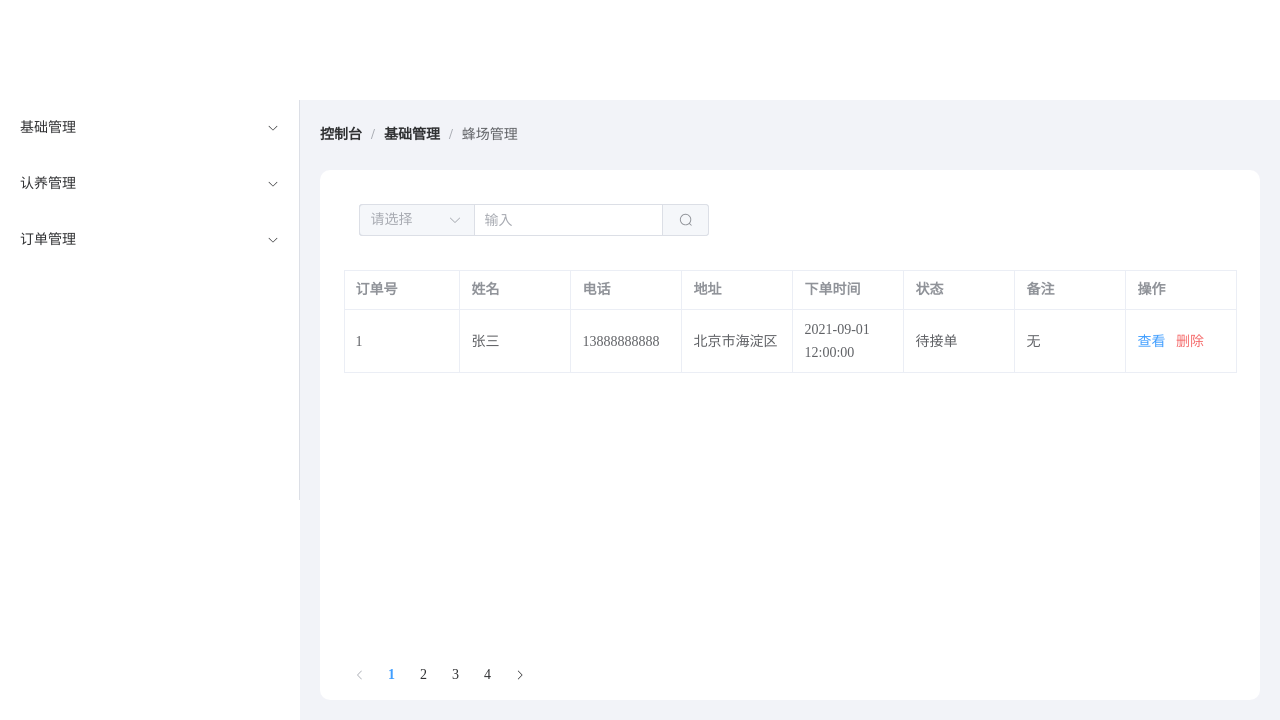
Repository: secret47/test-office-demo
Page: /dashboard/order/list
These files come from the project's save history. The page is drawn as it stood at one moment and after the next save; the edit follows.
The browser window is 1280 px wide. The pictures show the whole page.
The project was rebuilt for these pictures with package versions that can differ from the ones it lists, and the page was loaded fresh each time. Also part of the build but not shown: vite.config.js.

Above is the page before, as saved 2024-10-30 13:38:10.

### src/main.js
import { createApp } from 'vue'
import '@/style/main.scss'
import App from './App.vue'
import router from './router'

import lang from "./local"


import ElementPlus from "element-plus";
import 'element-plus/dist/index.css'
import * as ElementPlusIconsVue from '@element-plus/icons-vue'

const app = createApp(App);

for (const [key, component] of Object.entries(ElementPlusIconsVue)) {
    app.component(key, component)
}

app.use(lang)
app.use(ElementPlus)
app.use(router)
app.mount('#app')

### src/style/main.scss
* {
    padding: 0;
    margin: 0;
}

html,
body {
    width: 100%;
    height: 100%;
    background: #ffffff;
}

#app {
    width: 100%;
    height: 100%;
}

.main-container {
    width: 100%;
    height: 100%;
}

//顶部搜索
.searchBox {
    width: calc(95% - 30px);
    height: 70px;
    margin: 0 auto;
    padding: 15px;
    display: flex;
    flex-direction: column;
    justify-content: center;

    .new {
        width: 130px;
    }
    .item{
        width:350px;
    }
}

.list {
    width: 95%;
    height: calc(100% - 100px);
    margin: 0 auto;

    .tables {
        width: 100%;
        height: calc(100% - 50px);
    }

    .pages {
        width: 100%;
        height: 50px;
        display: flex;
        flex-direction: column;
        justify-content: center;

    }
}

### src/App.vue
<template>
  <!-- <div> -->
    <router-view />
  <!-- </div> -->
</template>

### src/router/index.js
import { createRouter, createWebHistory } from 'vue-router'
import layouts from "../layouts/index.vue"

const routes = [
    {
        path: '/',
        name: 'Login',
        component: () => import('@/views/login.vue'),
    },
    // 其他路由...
    {
        path: "/dashboard",
        name: "Dashboard",
        component: layouts,
        meta: {
            title: "控制中心"
        },
        children: [
            {
                path: "basic",
                name: "Basic",
                meta: {
                    title: "基础管理"
                },
                component: () => import("@/views/dashboard/basic/index.vue"),
                children: [
                    {
                        path: "farm",
                        name: "farm",
                        meta: {
                            title: "蜂场管理"
                        },
                        component: () => import("@/views/dashboard/basic/farm/index.vue"),
                    }
                ]

            },
            {
                path: "adopt",
                name: "Adopt",
                meta: {
                    title: "认养管理"
                },
                component: () => import("@/views/dashboard/adopt/index.vue"),
                children: [
                    {
                        path: "price",
                        name: "Price",
                        meta: {
                            title: "价格管理"
                        },
                        component: () => import("@/views/dashboard/adopt/price/index.vue"),
                    }
                ]
            },
            {
                path:"order",
                name: "Order",
                meta:{
                    title: "订单管理"
                },
                component: () => import("@/views/dashboard/order/index.vue"),
                children:[
                    {
                        path: "list",
                        name: "OrderList",
                        meta: {
                            title: "订单列表"
                        },
                        component: () => import("@/views/dashboard/order/list/index.vue"),
                    }
                ]
            },
            {
                path: "user",
                name: "User",
                meta: {
                    title: "用户管理"
                },
                component: () => import("@/views/dashboard/user/index.vue"),
            },

        ]
    }
]

const router = createRouter({
    history: createWebHistory(),
    routes
})

export default router

### src/local/index.js
import { createI18n } from "vue-i18n";

import message from "./language"
const i18n = createI18n({
    locale: "zh",
    fallbackLocale: "zh",
    messages: message
})

export default i18n;

### src/layouts/index.vue
<template>
    <div class="layout">
        <el-container>
            <el-aside width="300px" class="side">
                <div class="logo"></div>
                <MenuComponent />
            </el-aside>
            <el-container class="container">
                <el-header>
                    <el-icon @click="toggleCollapse" class="toggle-icon">
                        <i class="toggle-icon-class"></i>
                    </el-icon>
                </el-header>
                <el-main>
                    <div class="bread">
                        <el-breadcrumb separator="/">
                            <el-breadcrumb-item :to="{ path: '/' }">控制台</el-breadcrumb-item>
                            <el-breadcrumb-item><a href="/">基础管理</a></el-breadcrumb-item>
                            <el-breadcrumb-item>蜂场管理</el-breadcrumb-item>
                        </el-breadcrumb>
                    </div>
                    <div class="main">
                        <router-view></router-view>
                    </div>
                </el-main>
            </el-container>
        </el-container>
    </div>
</template>

<script setup>
import MenuComponent from "./components/menu.vue"
import { ref } from 'vue';
const isCollapse = ref(false);
const toggleCollapse = () => {
    isCollapse.value = !isCollapse.value;
};
</script>

<style lang="scss" scoped>
.layout {
    width: 100%;
    height: 100%;

    .el-container {
        width: 100%;
        height: 100%;
    }

    .side {
        height: 100%;

        .logo {
            width: 100%;
            height: 100px;
        }
    }

    .container {
        width: calc(100% - 300px);
        height: 100%;

        .el-header {
            width: 100%;
            height: 100px;
            background: #ffffff;
        }

        .el-main {
            background: #F2F3F8;
            padding-top: 0;
            .bread {
                width: 100%;
                height: 70px;
                display: flex;
                flex-direction: column;
                justify-content: center;
            }

            .main {
                width: 100%;
                height: calc(100% - 70px);
                background: #ffffff;
                border-radius: 10px;
            }
        }
    }
}
</style>

### src/views/dashboard/order/list/index.vue
<template>
    <div class="main-container">
        <div class="searchBox">
            <div class="item">
                <el-input v-model="input3" placeholder="输入" class="input-with-select">
                    <template #prepend>
                        <el-select v-model="select" placeholder="请选择" style="width: 115px">
                            <el-option label="Restaurant" value="1" />
                            <el-option label="Order No." value="2" />
                            <el-option label="Tel" value="3" />
                        </el-select>
                    </template>
                    <template #append>
                        <el-button :icon="Search" />
                    </template>
                </el-input>
            </div>
        </div>
        <div class="list">
            <div class="tables">
                <el-table border :data="orderList">
                    <el-table-column prop="id" label="订单号" />
                    <el-table-column prop="name" label="姓名" />
                    <el-table-column prop="tel" label="电话" />
                    <el-table-column prop="address" label="地址" />
                    <el-table-column prop="time" label="下单时间" />
                    <el-table-column prop="status" label="状态" />
                    <el-table-column prop="remark" label="备注" />
                    <el-table-column label="操作">
                        <template #default="scope">
                            <el-link type="primary">查看</el-link>
                            &nbsp;
                            <el-link type="danger">删除</el-link>
                        </template>
                    </el-table-column>
                </el-table>
            </div>
            <div class="pages">
                <el-pagination layout="prev, pager, next" :total="40" />
            </div>
        </div>
    </div>
</template>
<script setup>
import { Search } from '@element-plus/icons-vue'
import { ref, reactive } from "vue"

const orderList = reactive([
    {
        id: 1,
        name: '张三',
        tel: '13888888888',
        address: '北京市海淀区',
        time: '2021-09-01 12:00:00',
        status: '待接单',
        remark: '无'
    }
])
const input3 = ref('')
const select = ref('')
</script>

### src/local/language/index.js
import zh from "./zh"
import en from "./en"

export default {
    ...en,
    ...zh
}

### src/layouts/components/menu.vue
<template>
    <el-menu class="menu">
        <el-sub-menu index="1" :collapse="isCollapse">
            <template #title>基础管理</template>
            <el-menu-item index="1-1">蜂场管理</el-menu-item>
            <el-menu-item index="1-2">蜂箱管理</el-menu-item>
        </el-sub-menu>
        <el-sub-menu index="2">
            <template #title>认养管理</template>
            <el-menu-item index="2-1">认养设置</el-menu-item>
        </el-sub-menu>
        <el-sub-menu index="3">
            <template #title>订单管理</template>
            <el-menu-item index="2-1">订单列表</el-menu-item>
        </el-sub-menu>
    </el-menu>
</template>

<script setup>
import { ref } from 'vue';
const isCollapse = ref(false);
</script>

<style lang="scss" scoped>
.menu:not(.el-menu--collapse) {
    width: 300px;
    min-height: 400px;
}
</style>

### src/local/language/zh.js
export default{
    zh:{
        title:"后台管理系统",
        login:"登录",
        username:"用户名",
        password:"密码",
        remember:"记住密码",
        forget:"忘记密码",
        save:"保存",
        confirm:"确定",
        cancel:"取消",
        delete:"删除",
        show:"查看",
        open:"打开"
    }
}

### src/local/language/en.js
export default{
    en:{
        title:"system management"
    }
}

Loaded but not shown: index.html (common file); src/views/dashboard/order/index.vue (common file)

After the next save:
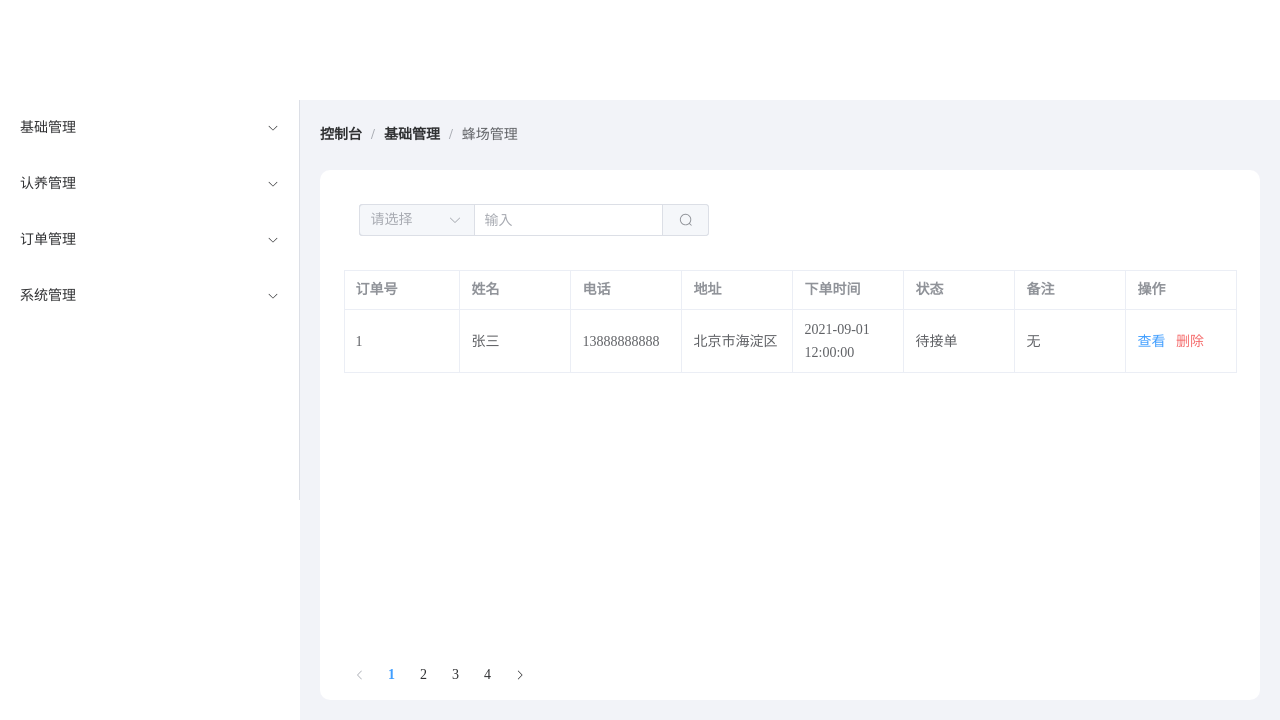
Saved 104 s later.
--- a/src/layouts/components/menu.vue
+++ b/src/layouts/components/menu.vue
@@ -11,7 +11,11 @@
         </el-sub-menu>
         <el-sub-menu index="3">
             <template #title>订单管理</template>
-            <el-menu-item index="2-1">订单列表</el-menu-item>
+            <el-menu-item index="3-1">订单列表</el-menu-item>
+        </el-sub-menu>
+        <el-sub-menu index="4">
+            <template #title>系统管理</template>
+            <el-menu-item index="2-1">素材管理</el-menu-item>
         </el-sub-menu>
     </el-menu>
 </template>
